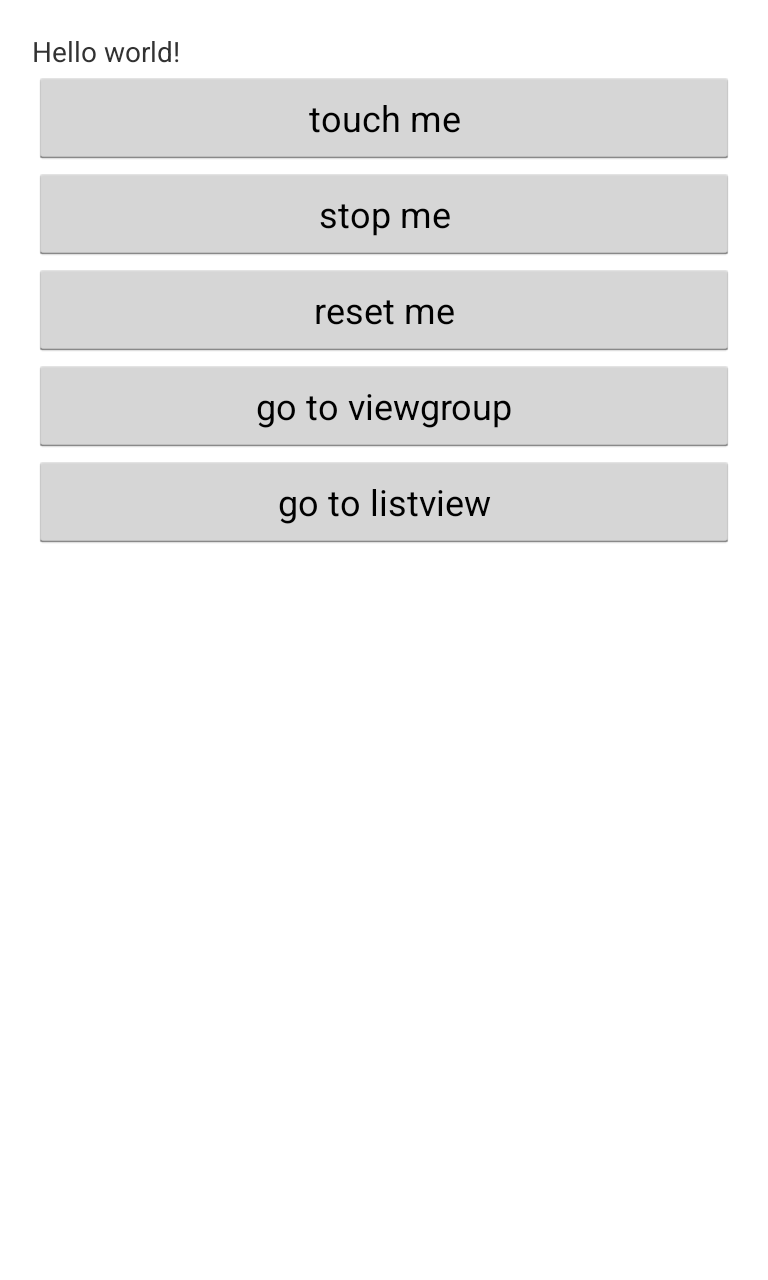
Repository: hero007asd/pin
Layout: Pin/res/layout/activity_main.xml
An editor plug-in stored every save of this project. The layout is shown before and after the next save, followed by the edit.
It is drawn on a 768 x 1280 px phone screen (xhdpi) without system bars, with theme AppTheme; the app's code is not run.

Above is the layout before, as saved 2014-07-11 10:09:09.

### Pin/res/layout/activity_main.xml
<RelativeLayout xmlns:android="http://schemas.android.com/apk/res/android"
    xmlns:tools="http://schemas.android.com/tools"
    android:layout_width="match_parent"
    android:layout_height="match_parent"
    android:paddingBottom="@dimen/activity_vertical_margin"
    android:paddingLeft="@dimen/activity_horizontal_margin"
    android:paddingRight="@dimen/activity_horizontal_margin"
    android:paddingTop="@dimen/activity_vertical_margin"
    tools:context=".MainActivity" >

    <TextView
        android:id="@+id/tv1"
        android:layout_width="fill_parent"
        android:layout_height="wrap_content"
        android:text="@string/hello_world" />

    <Button
        android:id="@+id/my_button1"
        android:layout_width="fill_parent"
        android:layout_height="wrap_content"
        android:text="touch me"
        android:layout_below="@id/tv1"/>

    <Button
        android:id="@+id/my_button2"
        android:layout_width="fill_parent"
        android:layout_height="wrap_content"
        android:text="stop me"
        android:layout_below="@id/my_button1"/>

    <Button
        android:id="@+id/my_button3"
        android:layout_width="fill_parent"
        android:layout_height="wrap_content"
        android:text="reset me"
        android:layout_below="@id/my_button2"/>

    <Button
        android:id="@+id/my_button4"
        android:layout_width="fill_parent"
        android:layout_height="wrap_content"
        android:text="go to viewgroup"
        android:layout_below="@id/my_button3"/>
    <Button
        android:id="@+id/my_button5"
        android:layout_width="fill_parent"
        android:layout_height="wrap_content"
        android:text="go to listview"
        android:layout_below="@id/my_button4"/>
</RelativeLayout>

### Pin/res/values/strings.xml
<?xml version="1.0" encoding="utf-8"?>
<resources>

    <string name="app_name">Pin</string>
    <string name="action_settings">Settings</string>
    <string name="hello_world">Hello world!</string>

</resources>

Loaded but not shown: Pin/res/values/styles.xml (common file); Pin/res/values-v11/styles.xml (common file); Pin/res/values-v14/styles.xml (common file); Pin/res/values/dimens.xml (common file)

After the next save:
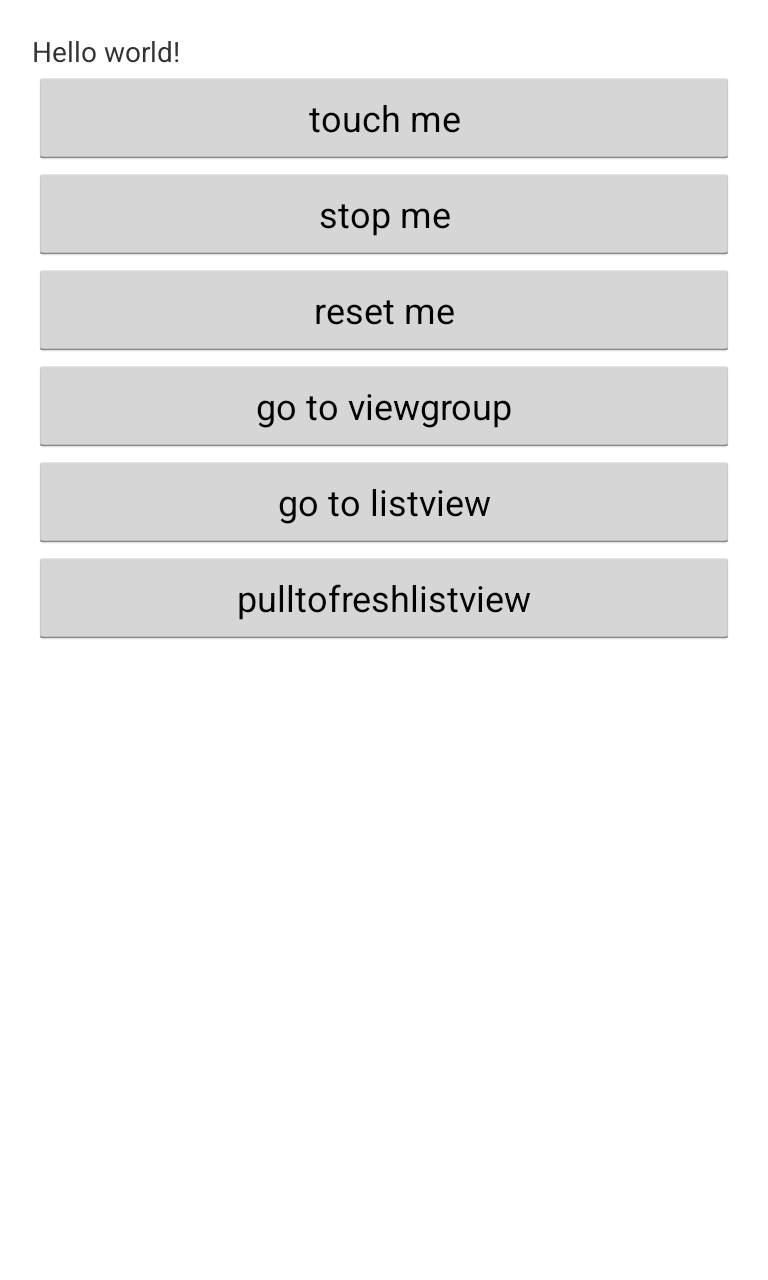
Saved 8 min 59 s later.
--- a/Pin/res/layout/activity_main.xml
+++ b/Pin/res/layout/activity_main.xml
@@ -47,4 +47,10 @@
         android:layout_height="wrap_content"
         android:text="go to listview"
         android:layout_below="@id/my_button4"/>
+    <Button
+        android:id="@+id/my_button6"
+        android:layout_width="fill_parent"
+        android:layout_height="wrap_content"
+        android:text="pulltofreshlistview"
+        android:layout_below="@id/my_button5"/>
 </RelativeLayout>
